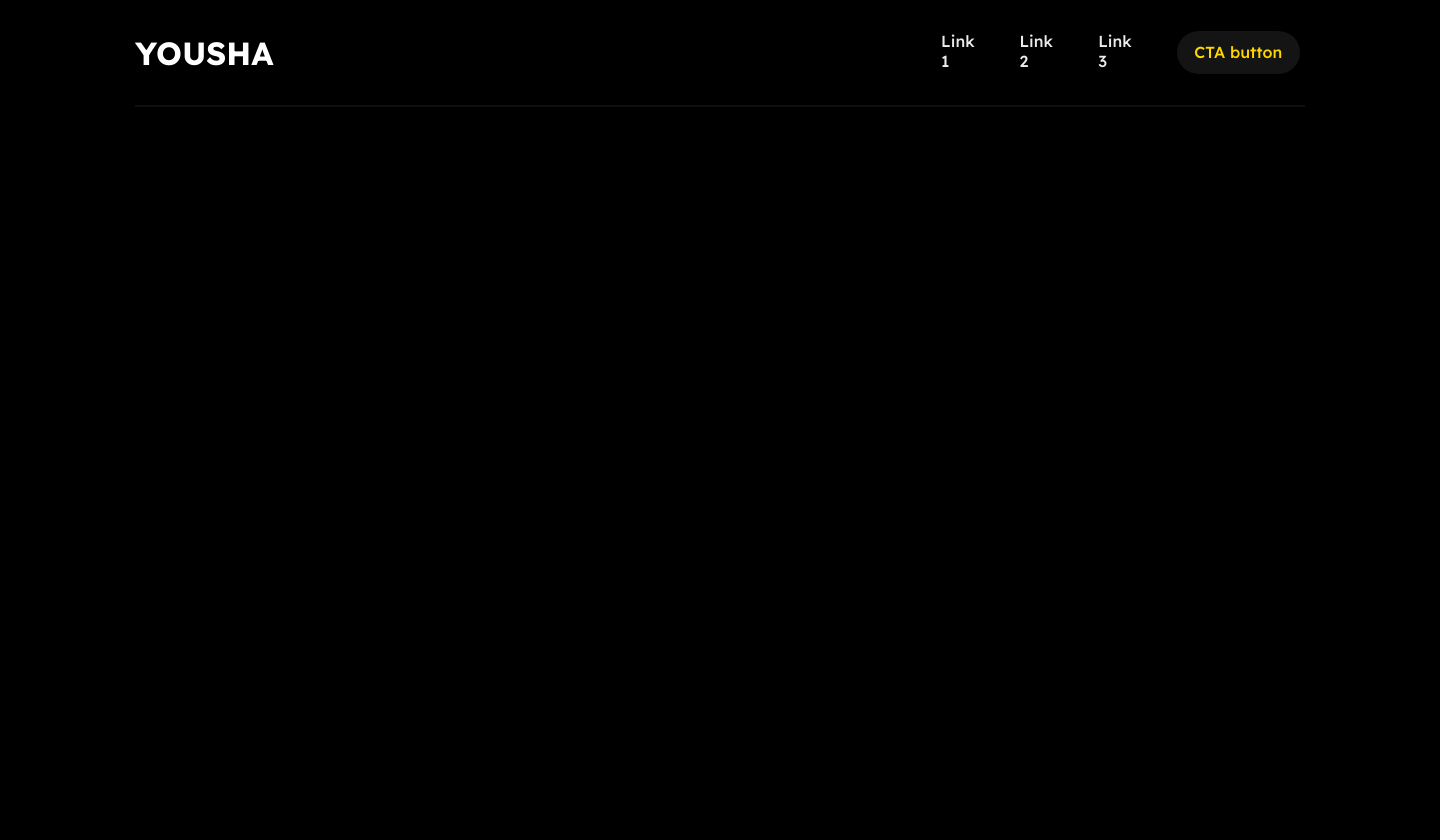
Repository: sSoRaK/web-cut-by-figma_train
Page: bai04/index.html
An editor plug-in stored every save of this project. The page is shown before and after the next save, followed by the edit.
The browser window is 1280 px wide. The page is 1440 px wide, so the pictures cover 1440 px, including what lies to the right of the window. The pictures show the whole page.

Above is the page before, as saved 2023-05-31 20:52:42.

### bai04/index.html
<!DOCTYPE html>
<html lang="en">
  <head>
    <meta charset="UTF-8" />
    <meta http-equiv="X-UA-Compatible" content="IE=edge" />
    <meta name="viewport" content="width=device-width, initial-scale=1.0" />
    <title>Yousha</title>
    <link rel="stylesheet" href="./style.css" />
    <link rel="preconnect" href="https://fonts.googleapis.com" />
    <link rel="preconnect" href="https://fonts.gstatic.com" crossorigin />
    <link
      href="https://fonts.googleapis.com/css2?family=Readex+Pro:wght@200;300;400;500;600;700&display=swap"
      rel="stylesheet"
    />
    <link
      rel="stylesheet"
      href="https://cdnjs.cloudflare.com/ajax/libs/font-awesome/6.4.0/css/all.min.css"
      integrity="sha512-iecdLmaskl7CVkqkXNQ/ZH/XLlvWZOJyj7Yy7tcenmpD1ypASozpmT/E0iPtmFIB46ZmdtAc9eNBvH0H/ZpiBw=="
      crossorigin="anonymous"
      referrerpolicy="no-referrer"
    />
  </head>
  <body>
    <div class="container">
      <header>
        <div class="header-logo">
          <h1>YOUSHA</h1>
        </div>
        <nav>
          <ul>
            <li><a href="#">Link 1</a></li>
            <li><a href="#">Link 2</a></li>
            <li><a href="#">Link 3</a></li>
          </ul>
          <div class="btn-cta">
            <button>CTA button</button>
          </div>
        </nav>
        <div class="header-line"></div>
      </header>
    </div>
  </body>
</html>

### bai04/style.css
* {
  margin: 0;
  padding: 0;
  box-sizing: border-box;
  font-family: "Readex Pro", sans-serif;
  list-style: none;
  text-decoration: none;
}
.container {
  width: 1440px;
  height: 840px;
  background-color: #000;
  margin: 0 auto;
}
header {
  width: 1170px;
  height: 107px;
  display: flex;
  justify-content: space-between;
  align-items: center;
  margin: 0 135px;
  border-bottom: 2px solid rgba(255, 255, 255, 0.06);
  gap: 667.5px;
}
nav ul {
  display: flex;
  gap: 40px;
}
nav {
  display: flex;
  gap: 40px;
}
.header-logo {
  color: #fff;
  font-weight: 500;
}
ul li a {
  font-weight: 500;
  font-size: 16px;
  line-height: 120%;
  color: rgba(255, 255, 255, 0.92);
}
.btn-cta {
  width: 138px;
  height: 43px;
  background: rgba(255, 255, 255, 0.08);
  border-radius: 56px;
  text-align: center;
}
.btn-cta button {
  background-color: transparent;
  border: none;
  color: #ffd600;
  font-weight: 500;
  font-size: 16px;
  height: 19px;
  line-height: 43px;
  text-align: center;
}

After the next save:
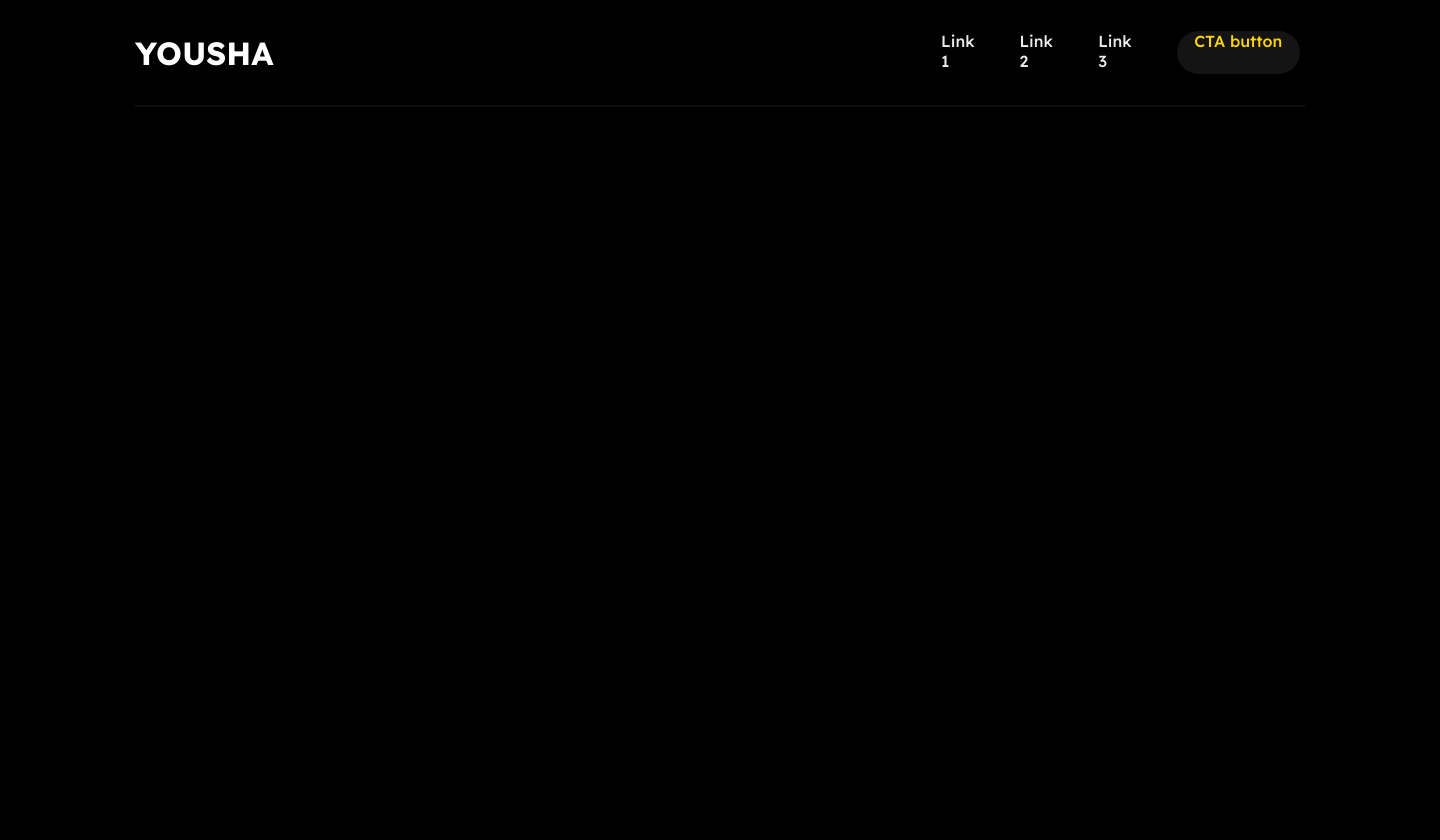
Saved 4 s later.
--- a/bai04/style.css
+++ b/bai04/style.css
@@ -53,7 +53,7 @@
   color: #ffd600;
   font-weight: 500;
   font-size: 16px;
-  height: 19px;
-  line-height: 43px;
+  /* height: 19px;
+  line-height: 43px; */
   text-align: center;
 }

After the save that followed:
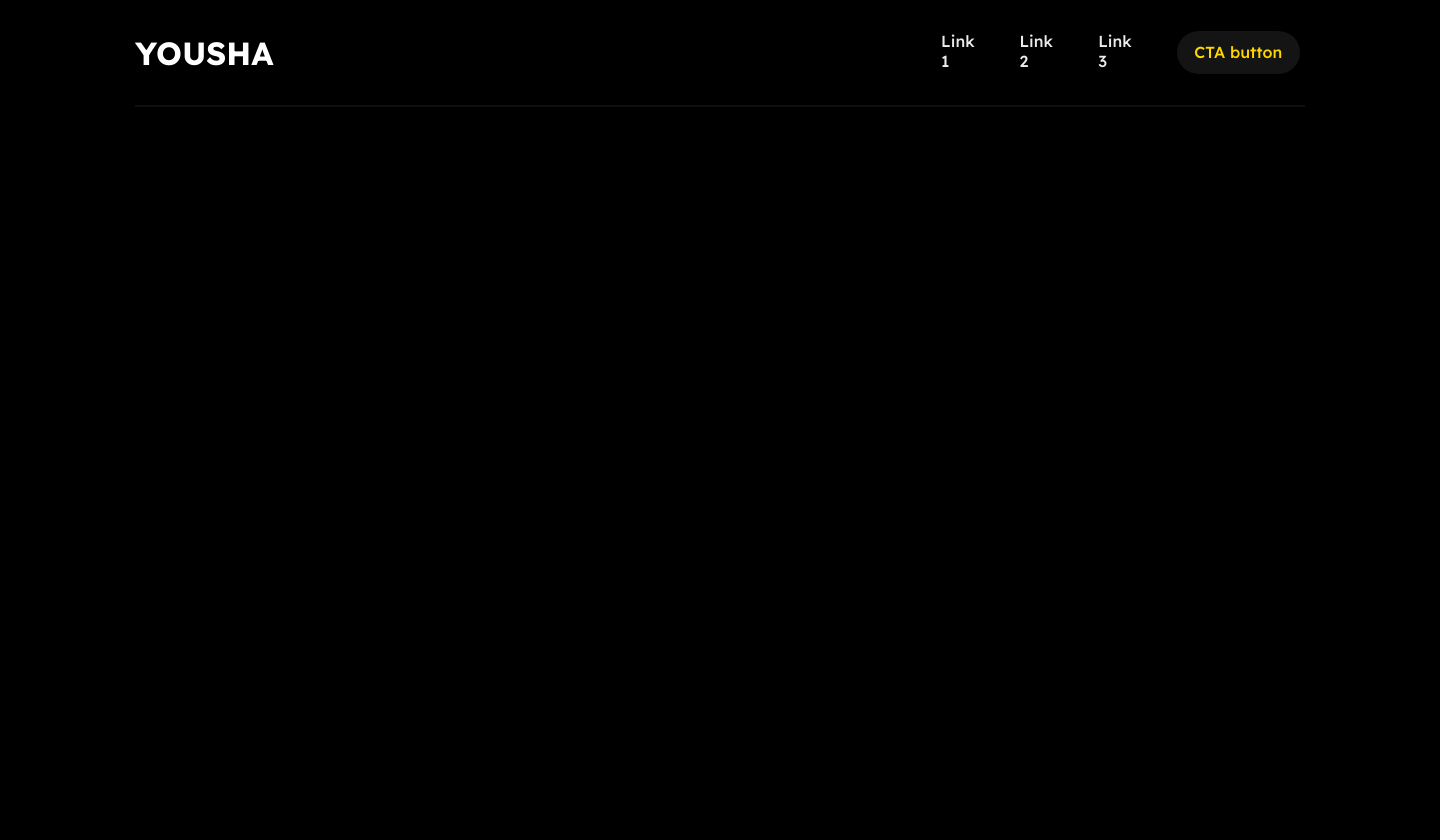
Saved 5 s later.
--- a/bai04/style.css
+++ b/bai04/style.css
@@ -53,7 +53,7 @@
   color: #ffd600;
   font-weight: 500;
   font-size: 16px;
-  /* height: 19px;
-  line-height: 43px; */
+  /* height: 19px; */
+  line-height: 43px;
   text-align: center;
 }
